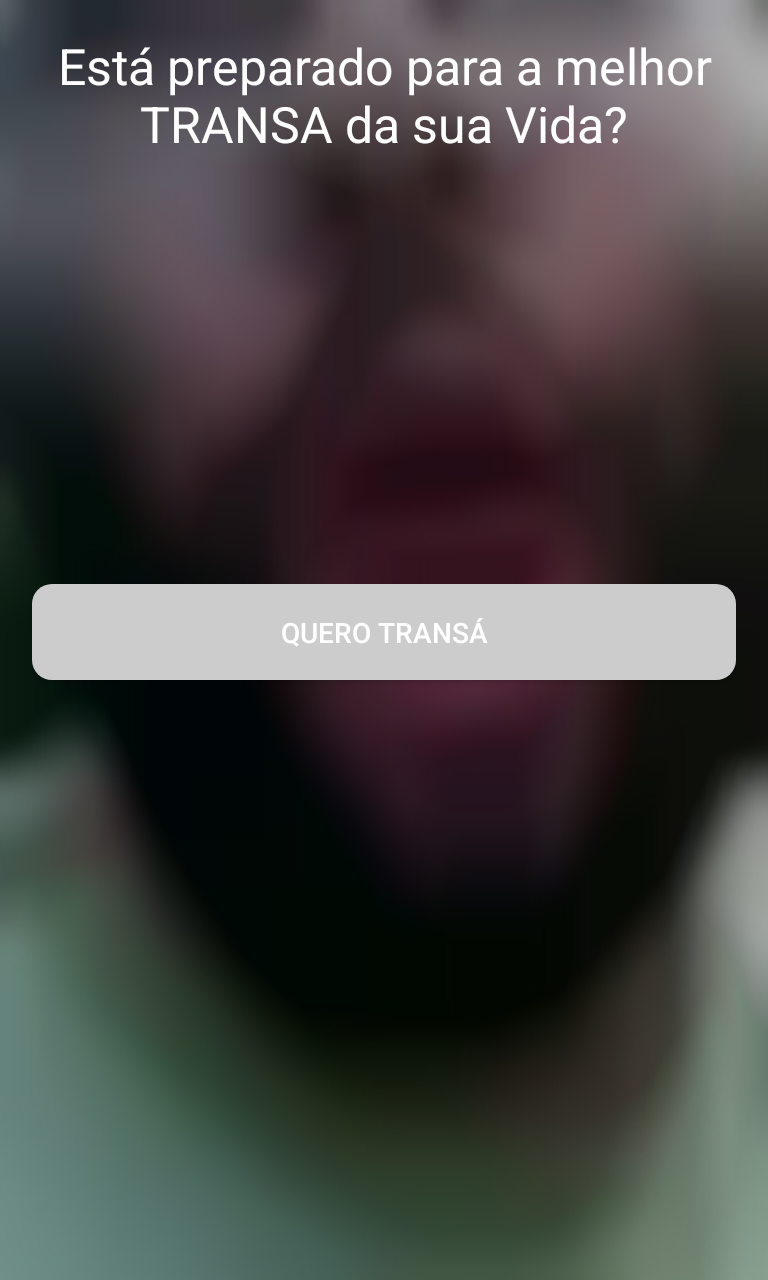
Repository: Cookahn/bioca_sounds
Layout: ChicoBiocaApp/res/layout/activity_main.xml
An editor plug-in stored every save of this project. The layout is shown before and after the next save, followed by the edit.
It is drawn on a 768 x 1280 px phone screen (xhdpi) without system bars, with theme AppTheme; the app's code is not run.

Above is the layout before, as saved 2014-08-12 13:12:24.

After the next save:
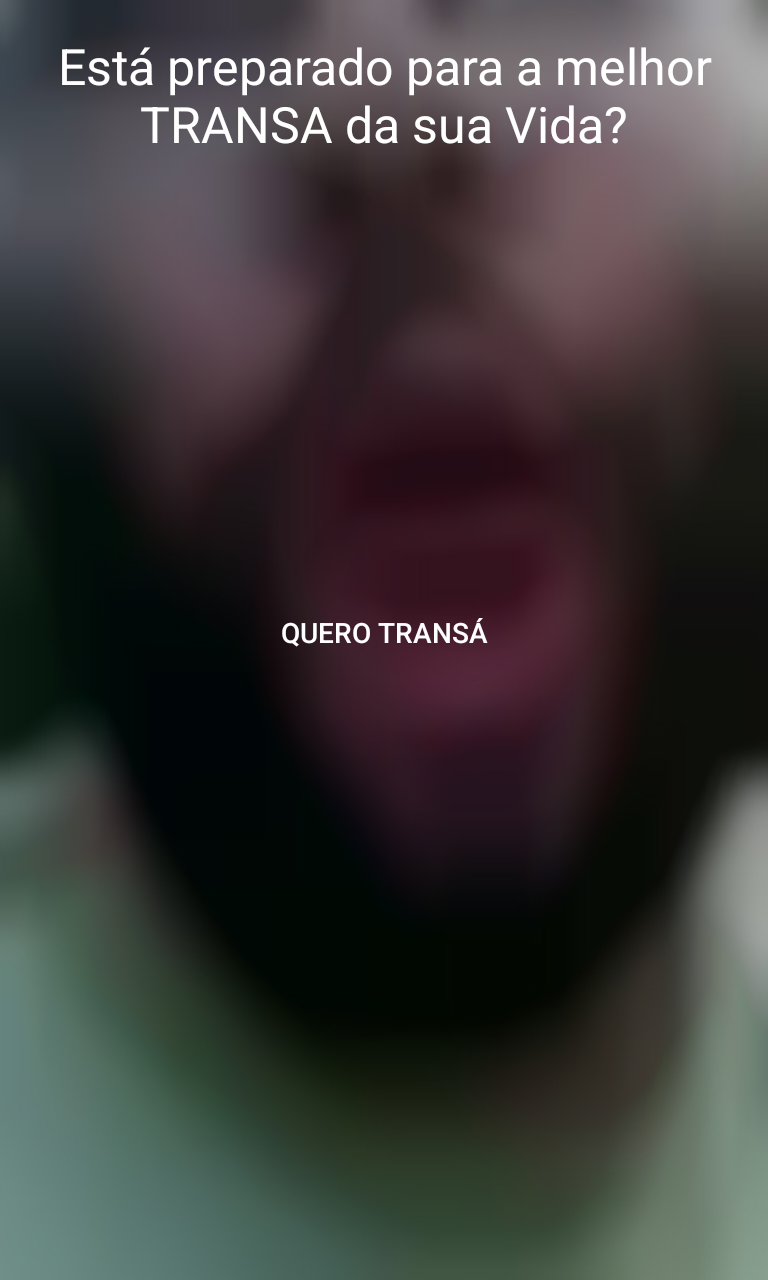
Saved 15 s later.
--- a/ChicoBiocaApp/res/drawable-mdpi/button_to_fuck.xml
+++ b/ChicoBiocaApp/res/drawable-mdpi/button_to_fuck.xml
@@ -2,7 +2,7 @@
 <shape xmlns:android="http://schemas.android.com/apk/res/android"
     android:shape="rectangle" android:padding="10dp">
     <!-- you can use any color you want I used here gray color-->
-    <solid android:color="#ccc"/>
+    <solid android:color="#11"/>
     <corners
         android:bottomRightRadius="10dp"
         android:bottomLeftRadius="10dp"
